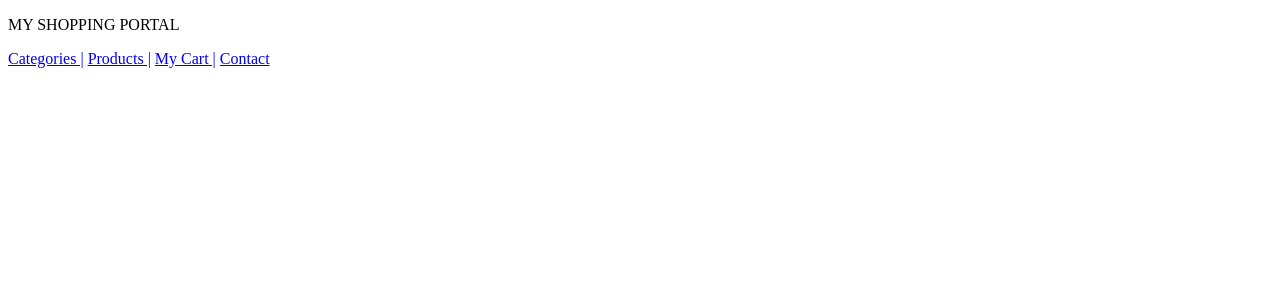
Repository: biswajit-pradhan/springboot
Page: http://localhost/MyShopingPortal/
The author's editor kept a copy of each file at every save. The page is drawn from the files as they stood at one save, then again after the next save.
The browser window is 1280 px wide. The pictures show the whole page.
The page is served by Tomcat 9. Other server files are loaded and not shown.

Above is the page before, as saved 2023-01-12 08:56:47.

### MyShopingPortal/WebContent/WEB-INF/jsps/dashboard.jsp
<%@ page language="java" contentType="text/html; charset=ISO-8859-1"
    pageEncoding="ISO-8859-1"%>
<!DOCTYPE html>
<html>
<head>
<meta charset="ISO-8859-1">
<title>My Shopping Portal</title>
</head>
<body>
<div>
<p>MY SHOPPING PORTAL</p>
<a href="${pageContext.request.contextPath }/categories">Categories |</a>
<a href="${pageContext.request.contextPath }/products"> Products |</a>
<a href="${pageContext.request.contextPath }/cart"> My Cart |</a>
<a href="${pageContext.request.contextPath }/contact">Contact</a><br/>
</div>
</body>
</html>

After the next save:
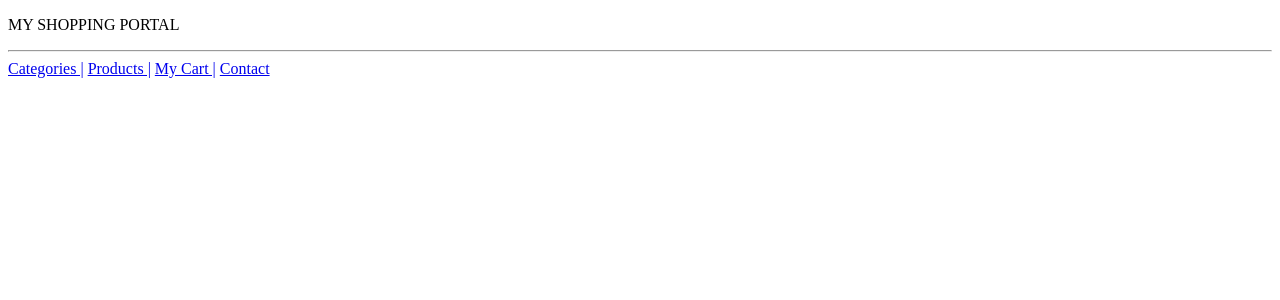
Saved 5 s later.
--- a/MyShopingPortal/WebContent/WEB-INF/jsps/dashboard.jsp
+++ b/MyShopingPortal/WebContent/WEB-INF/jsps/dashboard.jsp
@@ -8,7 +8,7 @@
 </head>
 <body>
 <div>
-<p>MY SHOPPING PORTAL</p>
+<p>MY SHOPPING PORTAL</p><hr>
 <a href="${pageContext.request.contextPath }/categories">Categories |</a>
 <a href="${pageContext.request.contextPath }/products"> Products |</a>
 <a href="${pageContext.request.contextPath }/cart"> My Cart |</a>
